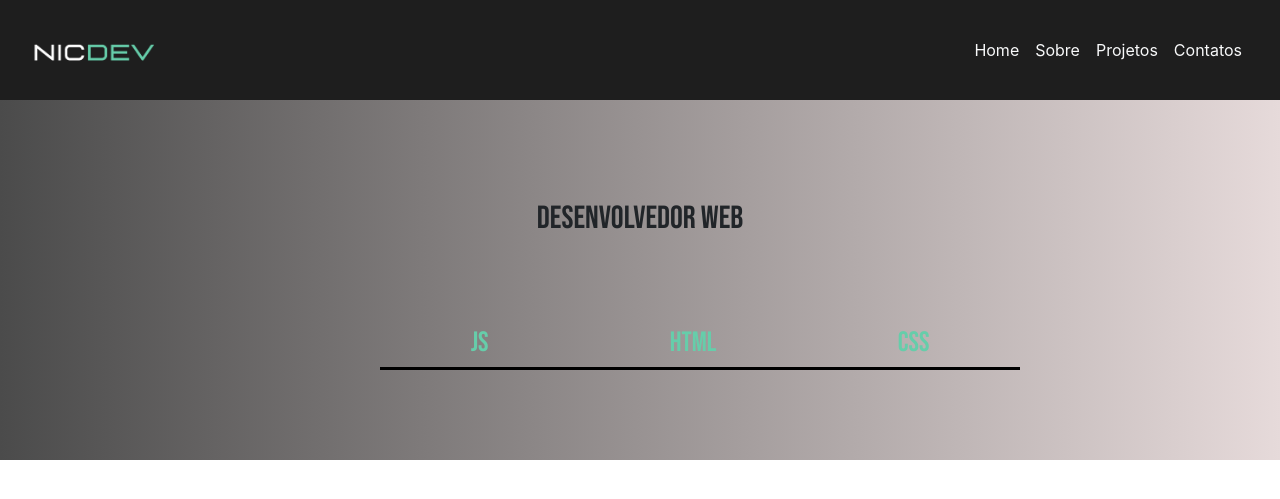
Repository: Leonngc/nicdev
Page: index.html
These files come from the project's save history. The page is drawn as it stood at one moment and after the next save; the edit follows.
The browser window is 1280 px wide. The pictures show the whole page.

Above is the page before, as saved 2023-04-14 10:46:53.

### index.html
<!DOCTYPE html>
<html lang="pt-br">
  <head>
    <meta charset="UTF-8" />
    <meta http-equiv="X-UA-Compatible" content="IE=edge" />
    <meta name="viewport" content="width=device-width, initial-scale=1.0" />
    <link rel="stylesheet" href="https://stackpath.bootstrapcdn.com/bootstrap/4.1.3/css/bootstrap.min.css" integrity="sha384-MCw98/SFnGE8fJT3GXwEOngsV7Zt27NXFoaoApmYm81iuXoPkFOJwJ8ERdknLPMO" crossorigin="anonymous">
    <link rel="stylesheet" href="styles/gradiente.css">
    <title>nicdev</title>
  </head>
  <body>

    <header>
      <nav class="navbar navbar-expand-lg navbar-dark" style="background-color: #1E1E1E; padding: 30px;">
        <a class="navbar-brand" href="#"><img src="images/nicdev-logo.png" alt="" style="width: 130px;"></a>
        <button class="navbar-toggler" type="button" data-toggle="collapse" data-target="#navbarNav" aria-controls="navbarNav" aria-expanded="false" aria-label="Alterna navegação">
          <span class="navbar-toggler-icon"></span>
        </button>
        <div class="collapse navbar-collapse justify-content-end" id="navbarNav">
          <ul class="navbar-nav" >
            <li class="nav-item active">
              <a class="nav-link text-light" href="#">Home <span class="sr-only">(Página atual)</span></a>
            </li>
            <li class="nav-item">
              <a class="nav-link text-light" href="#">Sobre</a>
            </li>
            <li class="nav-item ">
              <a class="nav-link text-light" href="#">Projetos</a>
            </li>
            <li class="nav-item">
              <a class="nav-link text-light" href="#">Contatos</a>
            </li>
          </ul>
        </div>
      </nav>
    </header>

    <div class="contain">
      <h2>Desenvolvedor Web</h2>
      <div class="skills">
        <span>JS</span>
        <span>HTML</span>
        <span>CSS</span>
      </div>

      <img src="" alt="">
    </div>

    <script src="https://code.jquery.com/jquery-3.3.1.slim.min.js" integrity="sha384-q8i/X+965DzO0rT7abK41JStQIAqVgRVzpbzo5smXKp4YfRvH+8abtTE1Pi6jizo" crossorigin="anonymous"></script>
    <script src="https://cdnjs.cloudflare.com/ajax/libs/popper.js/1.14.3/umd/popper.min.js" integrity="sha384-ZMP7rVo3mIykV+2+9J3UJ46jBk0WLaUAdn689aCwoqbBJiSnjAK/l8WvCWPIPm49" crossorigin="anonymous"></script>
    <script src="https://stackpath.bootstrapcdn.com/bootstrap/4.1.3/js/bootstrap.min.js" integrity="sha384-ChfqqxuZUCnJSK3+MXmPNIyE6ZbWh2IMqE241rYiqJxyMiZ6OW/JmZQ5stwEULTy" crossorigin="anonymous"></script>
  </body>
</html>

### styles/gradiente.css
@import url('https://fonts.googleapis.com/css2?family=Bebas+Neue&display=swap');

:root{
 --bebas-neue : 'Bebas Neue', cursive;
}
.contain{
    margin: auto;
    width: 100vw;
    height: 50vh;
   justify-content: center;
   text-align: center;
   padding-top: 100px;
   font-family: var(--bebas-neue);
   background: #E6DADA;  /* fallback for old browsers */
background: -webkit-linear-gradient(to right, #274046, #E6DADA);  /* Chrome 10-25, Safari 5.1-6 */
background: linear-gradient(to right, #4b4b4b, #E6DADA); /* W3C, IE 10+/ Edge, Firefox 16+, Chrome 26+, Opera 12+, Safari 7+ */

}



.skills{
    width: 50%;
    display: flex;
    justify-content: space-around;
    margin-left: 380px;
    margin-right: 380px;
    margin-top: 80px;
    border-bottom: 3px solid black;
}

.skills > span{
    font-size: 28px;
    color: #66CDAA;
    padding: 3px;
}

@media screen and (max-width: 900px) {
    .skills{
        margin: auto;
    }
}

After the next save:
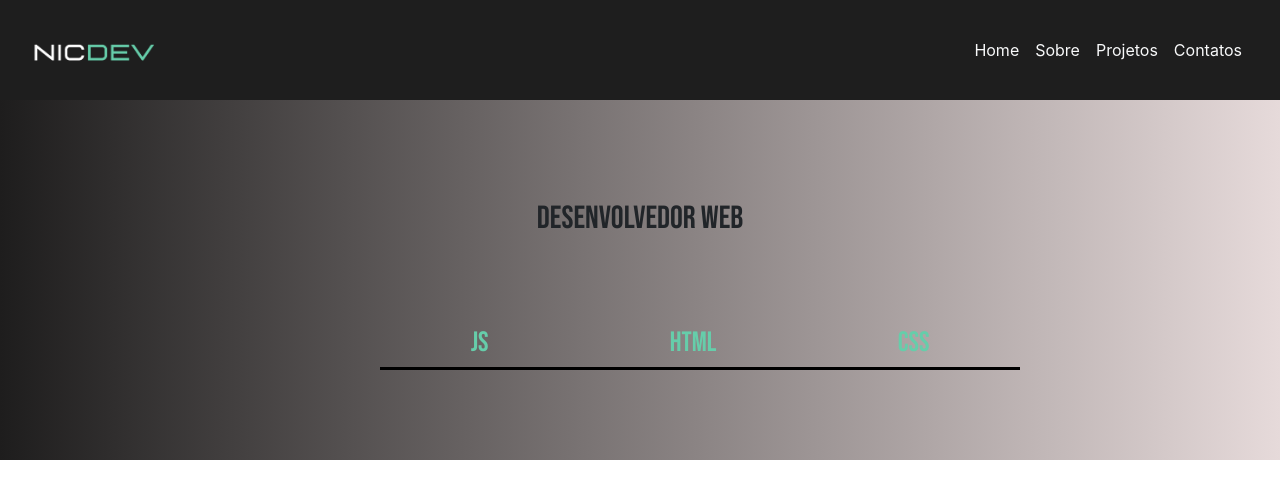
Saved 9 s later.
--- a/styles/gradiente.css
+++ b/styles/gradiente.css
@@ -13,7 +13,7 @@
    font-family: var(--bebas-neue);
    background: #E6DADA;  /* fallback for old browsers */
 background: -webkit-linear-gradient(to right, #274046, #E6DADA);  /* Chrome 10-25, Safari 5.1-6 */
-background: linear-gradient(to right, #4b4b4b, #E6DADA); /* W3C, IE 10+/ Edge, Firefox 16+, Chrome 26+, Opera 12+, Safari 7+ */
+background: linear-gradient(to right, #1e1d1d, #E6DADA); /* W3C, IE 10+/ Edge, Firefox 16+, Chrome 26+, Opera 12+, Safari 7+ */
 
 }
 
